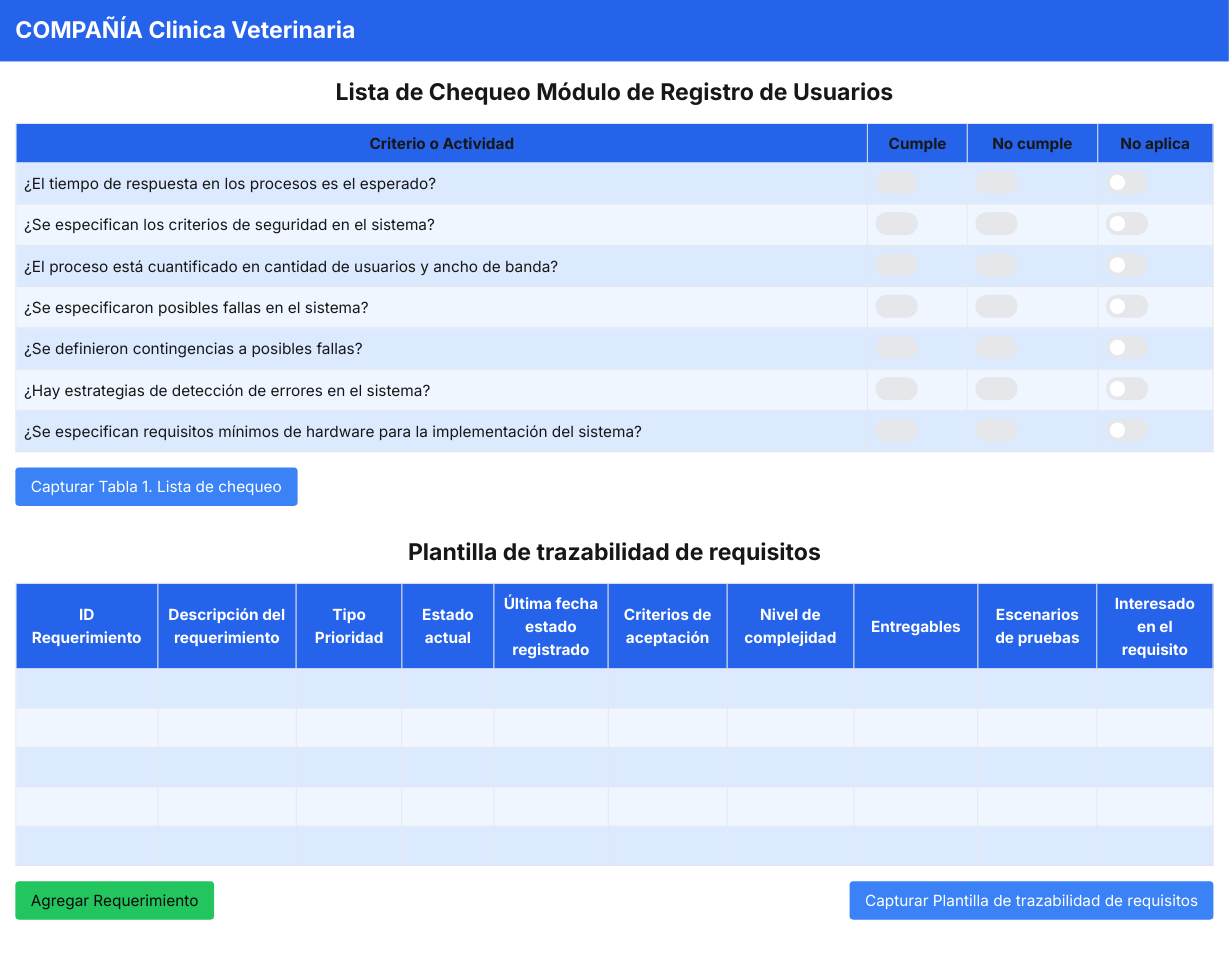
Repository: CiroAlfa/lista-de-Chequeo
Page: /
The author's editor kept a copy of each file at every save. The page is drawn from the files as they stood at one save, then again after the next save.
The browser window is 1280 px wide. The pictures show the whole page, at 96% of full size.
The project was rebuilt for these pictures with package versions that can differ from the ones it lists, and the page was loaded fresh each time. The framework's server and built-in components were replaced by stand-ins that run in the browser. Also part of the build but not shown: next.config.mjs.

Above is the page before, as saved 2024-09-27 13:03:30.

After the next save:
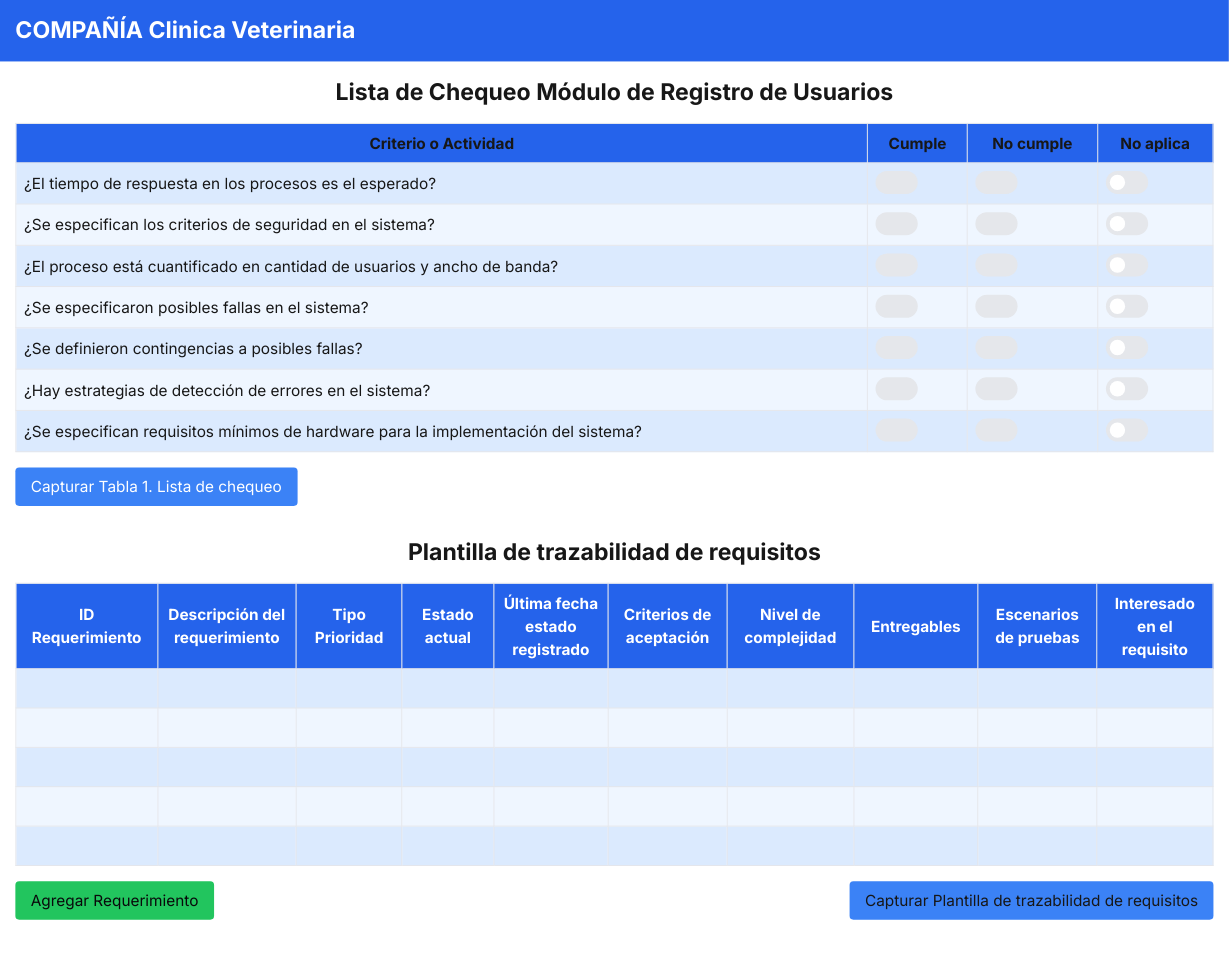
Saved 53 s later.
--- a/src/app/page.tsx
+++ b/src/app/page.tsx
@@ -270,7 +270,7 @@ export default function Home() {
           </button>
           <button
             onClick={() => captureScreenshot('requirements-table', 'plantilla-trazabilidad-requisitos.png')}
-            className="bg-blue-500 text-white px-4 py-2 rounded hover:bg-blue-600 transition-colors"
+            className="bg-blue-500 text-neutral-900 px-4 py-2 rounded hover:bg-blue-600 transition-colors"
           >
             Capturar Plantilla de trazabilidad de requisitos
           </button>
